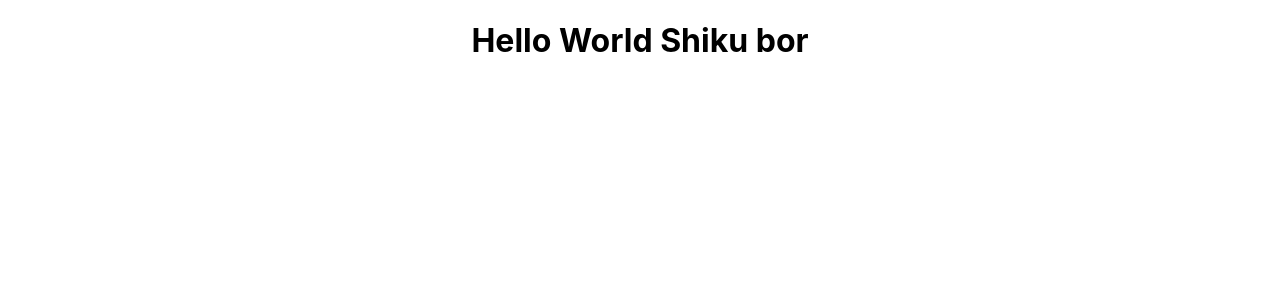
Repository: shikubro90/practice-with-hasib-vai
Page: /
An editor plug-in stored every save of this project. The page is shown before and after the next save, followed by the edit.
The browser window is 1280 px wide. The pictures show the whole page.
The project was rebuilt for these pictures with package versions that can differ from the ones it lists, and the page was loaded fresh each time.

Above is the page before, as saved 2022-04-19 02:12:08.

### src/App.js
import './App.css';

function App() {
  return (
    <div className="App">
      <>
        <h1>Hello World Shiku bor</h1>
      </>
    </div>
  );
}

export default App;

Loaded but not shown: public/index.html (common file); src/index.js (common file); src/index.css (common file); src/reportWebVitals.js (common file); src/App.css (common file)

After the next save:
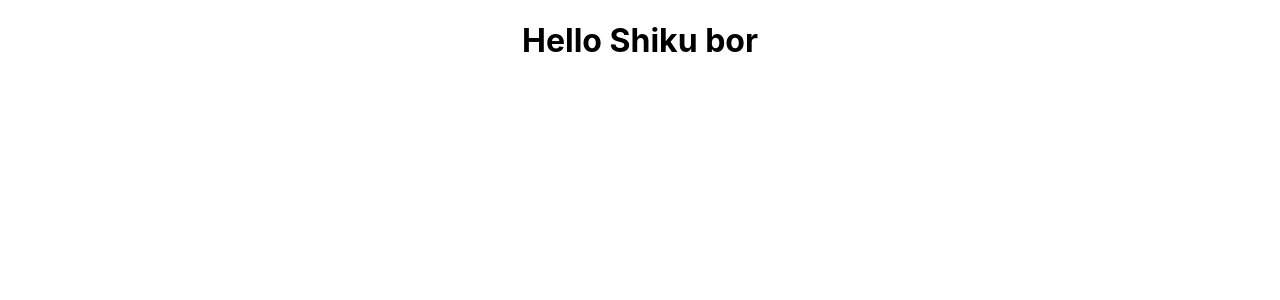
Saved 2 min 54 s later.
--- a/src/App.js
+++ b/src/App.js
@@ -4,7 +4,7 @@ function App() {
   return (
     <div className="App">
       <>
-        <h1>Hello World Shiku bor</h1>
+        <h1>Hello Shiku bor</h1>
       </>
     </div>
   );
